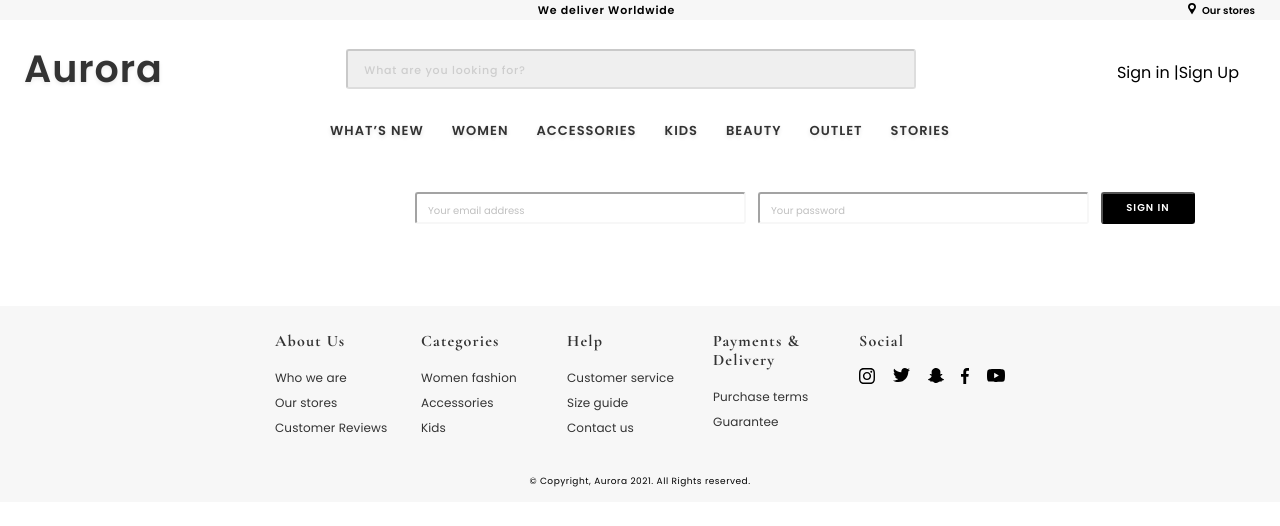
Repository: YuraKrvz/aurora-react-redux-toolkit-firebase
Page: /signIn
These files come from the project's save history. The page is drawn as it stood at one moment and after the next save; the edit follows.
The browser window is 1280 px wide. The pictures show the whole page.
The project was rebuilt for these pictures with package versions that can differ from the ones it lists, and the page was loaded fresh each time. Also part of the build but not shown: src/components/MainSection/MainSection.jsx, src/pages/HomeGuest.jsx, src/pages/HomeUser.jsx, src/pages/SignUp.jsx.

Above is the page before, as saved 2021-11-29 13:39:36.

### public/index.html
<!DOCTYPE html>
<html lang="en">
  <head>
    <meta charset="utf-8" />
    <link rel="icon" href="%PUBLIC_URL%/favicon.ico" />
    <meta name="viewport" content="width=device-width, initial-scale=1" />
    <meta name="theme-color" content="#000000" />
    <meta
      name="description"
      content="Web site created using create-react-app"
    />
    <link rel="apple-touch-icon" href="%PUBLIC_URL%/logo192.png" />
    <link rel="manifest" href="%PUBLIC_URL%/manifest.json" />
    <link rel="preconnect" href="https://fonts.googleapis.com">
    <link rel="preconnect" href="https://fonts.googleapis.com">
    <link rel="preconnect" href="https://fonts.gstatic.com" crossorigin>
    <title>React App</title>
  </head>
  <body>
    <noscript>You need to enable JavaScript to run this app.</noscript>
    <div id="root"></div>
  </body>
</html>

### src/index.css
@import '~normalize.css';
@import url('https://fonts.googleapis.com/css2?family=Poppins:wght@100;200;300;400;500;600;700&display=swap');
@import url('https://fonts.googleapis.com/css2?family=Cormorant+Garamond:wght@300;400;500;600;700&display=swap');

*, ::after, ::before {
  margin: 0;
  padding: 0;
  box-sizing: border-box;
  font-family: var(--text-regular-poppins);
  color: var(--color-very-black);
}
html, body{
  height: 100%;
}

:root{
  --text-regular-poppins: 'Poppins';
  --text-cormorant-garamond: 'Cormorant Garamond';

  --color-black: #333333;
  --color-very-black: #000000;
  --color-white:  #FFFFFF;
  --color-silver: #F7F7F7;

  --src-guest: './insta.svg';
  --src-user: './user.svg';
  --bg-wall: var(--src-guest);
}

### src/components/CustomRouter/CustomRouter.jsx
import { Routes, Route } from 'react-router-dom';
import HomeGuest from '../../pages/HomeGuest';
import HomeUser from '../../pages/HomeUser';
import SignIn from '../../pages/SignIn';
import SignUp from '../../pages/SignUp';
import {useAuthorization} from '../../hooks/useAuthorization';

const CustomRouter = () => {
   const {isAuth} = useAuthorization();

   return (
      <div>
      <Routes>
         {
         isAuth ? (
            <>
               <Route path='/' element={<HomeUser />} />
               <Route path='/signIn' element={<SignIn />} />
               <Route path='/signUp' element={<SignUp />} />
            </>
         ) : (
            <>
               <Route path='/' element={<HomeGuest />} />
               <Route path='/signIn' element={<SignIn />} />
               <Route path='/signUp' element={<SignUp />} />
            </>
         )
         }
      </Routes>
      </div>
   )
}

export default CustomRouter

### src/components/Header/Header.jsx
import React from 'react';
import s from './Header.module.css';
import { NavLink } from 'react-router-dom';
import GlobalSvgSelector from '../../source/GlobalSvgSelector';
import OverHeader from './OverHeader/OverHeader';
import Authorization from '../Authorization/Authorization';

const Header = () => {
   return (
      <>
         <header className={s.header}>
            <OverHeader />
            <div className={s.header_body}>
               <NavLink to='/' className={s.header_title}>Aurora</NavLink>
               <label className={s.input_wrap}>
                  <input className={s.header_searcher} type="text" placeholder="What are you looking for?" />
                  <GlobalSvgSelector className={s.icon} id="fill" color='black' />
               </label>
               <div>
                  <Authorization />
               </div>
            </div>
            <ul className={s.header_list}>
               <li className={s.header_list__item}>what’s new</li>
               <li className={s.header_list__item}>women</li>
               <li className={s.header_list__item}>accessories</li>
               <li className={s.header_list__item}>kids</li>
               <li className={s.header_list__item}>beauty</li>
               <li className={s.header_list__item}>outlet</li>
               <li className={s.header_list__item}>stories</li>
            </ul>
         </header>
      </>
   )
}

export default Header


// HEADER / Aurora
// <h6>{email}</h6>
//    <ul>
//       <li>
//          <NavLink  to='/' >home</NavLink>
//          <NavLink  to='/signIn' >signIn</NavLink>
//          <NavLink  to='/signUp' >signUp</NavLink>
//       </li>
//    </ul>
// </header>

### src/components/Footer/Footer.jsx
import GlobalSvgSelector from '../../source/GlobalSvgSelector';
import s from './Footer.module.css';

function Footer(){
   return (
      <>
         <footer className={s.footer}>
            <div className={s.footer_inner}>
               <div className={s.footer_item}>
                  <h6 className={s.title}>About Us</h6>
                  <ul className={s.list}>
                     <li className={s.text}>Who we are</li>
                     <li className={s.text}>Our stores</li>
                     <li className={s.text}>Customer Reviews</li>
                  </ul>
               </div>
               <div className={s.footer_item}>
                  <h6 className={s.title}>Categories</h6>
                  <ul className={s.list}>
                     <li className={s.text}>Women fashion</li>
                     <li className={s.text}>Accessories</li>
                     <li className={s.text}>Kids</li>
                  </ul>
               </div>
               <div className={s.footer_item}>
                  <h6 className={s.title}>Help</h6>
                  <ul className={s.list}>
                     <li className={s.text}>Customer service</li>
                     <li className={s.text}>Size guide</li>
                     <li className={s.text}>Contact us</li>
                  </ul>
               </div>
               <div className={s.footer_item}>
                  <h6 className={s.title}>Payments & Delivery</h6>
                  <ul className={s.list}>
                     <li className={s.text}>Purchase terms</li>
                     <li className={s.text}>Guarantee</li>
                  </ul>
               </div>
               <div className={s.footer_item}>
                  <h6 className={s.title}>Social</h6>
                  <ul className={s.list}>
                     <li className={s.social_icon}>
                        <a href="#"><GlobalSvgSelector id='instagram' /></a>
                        <a href="#"><GlobalSvgSelector id='twitter' /></a>
                        <a href="#"><GlobalSvgSelector id='snapchat' /></a>
                        <a href="#"><GlobalSvgSelector id='facebook' /></a>
                        <a href="#"><GlobalSvgSelector id='youtube' /></a>
                     </li>
                  </ul>
               </div>
            </div>
            <div className={s.copy_right}>
               <p>© Copyright, Aurora 2021. All Rights reserved.</p>
            </div>
         </footer>
      </>
   )
}

export default Footer

### src/pages/SignIn.jsx
import React, {useRef, useEffect} from 'react';
import s from '../components/MainSection/MainSection.module.css';
import {signIn} from '../firebase';
import {useDispatch} from 'react-redux';
import {setLogin} from '../store/slices/userSlice';

const SignIn = () => {
   const dispatch = useDispatch();
   const emailRef = useRef();
   const passwordRef = useRef();

   async function handler(){
      try{
         await signIn(emailRef.current.value, passwordRef.current.value)
         .then(({user}) => {
            console.log(user);
            dispatch(setLogin({
               email: user.email,
               id: user.uid,
               token: user.accessToken,
            }))
         })
      }
      catch(e){
         console.error(e)
      }
   }


   return (
      <>
         <div className={s.section_register_field}>
            <label className={s.input_wrap}>
               <input className={s.section_register_input} ref={emailRef} type="email" placeholder='Your email address' />
               <input className={s.section_register_input} ref={passwordRef} type="password" placeholder='Your password' />
               <button className={s.section_register_btn} onClick={handler} >Sign In</button>
            </label>
         </div>
      </>
   )
}

export default SignIn;

### src/hooks/useAuthorization.jsx
import {useSelector} from 'react-redux';

export function useAuthorization(){
   const {email, id, token} = useSelector(state => state.user);

   return {
      isAuth: !!email,
      email,
      id,
      token,
   }
}

### src/components/Header/Header.module.css
.header{
   width: 100%;
   height: 160px;
   /* background: linear-gradient(180deg, rgba(51, 51, 51, 0.9) 14.31%, rgba(27, 27, 27, 0.469176) 58.6%, rgba(0, 0, 0, 0.0001) 100%); */
   mix-blend-mode: normal;
   /* opacity: 0.24; */
   /* background: rgba(0, 0, 0, 0.1); */
   /* background-color: black; */
}
.header_body{
   display: flex;
   justify-content: space-between;
   align-items: center;
   padding: 0 24px;
}
.header_title{
   margin: 0;
   font-style: normal;
   font-weight: 600;
   font-size: 38px;
   line-height: 57px;
   letter-spacing: 0.95px;
   color: var(--color-black, --color-white);
   text-shadow: 0px 2px 4px rgba(0, 0, 0, 0.08);
   text-decoration: none;
}
.input_wrap{
   position: relative;
}
.header_searcher{
   background-color: silver;
   border-color: none;
   mix-blend-mode: normal;
   opacity: 0.24;
   border-radius: 3px;
   width: 570px;
   height: 40px;
   color: var(--color-very-black);
}
.icon{
   position: absolute;
   width: 17px;
   height: 17px;
   top: 30%;
   right: 10px;
   /* background-color: var(--color-very-black) */
}
.header_searcher::placeholder {
   padding: 16px;
   height: 17px;
   font-weight: 500;
   font-size: 11px;
   line-height: 16px;
   letter-spacing: 0.8px;
   color: var(--color-black, --color-white);
 }
.header_user{
   font-style: normal;
   font-weight: 600;
   font-size: 11px;
   line-height: 16px;
   text-align: right;
   letter-spacing: 1px;
   color: var(--color-black, --color-white);
}
.header_list{
   list-style: none;
   display: flex;
   justify-content: space-between;
   text-transform: uppercase;
   width: 620px;
   margin: 24px auto;
   padding-bottom: 25px;
}
.header_list__item{
   color: var(--color-black, --color-white);
   font-style: normal;
   font-weight: 600;
   font-size: 13px;
   line-height: 19px;
   text-align: center;
   letter-spacing: 1px;
   text-transform: uppercase;
   text-shadow: 0px 2px 4px rgba(0, 0, 0, 0.12);
   cursor: pointer;
}

### src/components/Header/OverHeader/OverHeader.jsx
import GlobalSvgSelector from "../../../source/GlobalSvgSelector"
import s from './OverHeader.module.css';

const OverHeader = () => {
   return (
      <>
         <div className={s.wrapper}>
            <div />
            <h6 className={s.title}>We deliver Worldwide</h6>
            <div className={s.wrapper_text}>
               <GlobalSvgSelector id="shape" />
               <p className={s.text}>Our stores</p>
            </div>
         </div>
      </>
   )
}

export default OverHeader

### src/components/Authorization/Authorization.jsx
import s from './Authorization.module.css';
import GlobalSvgSelector from '../../source/GlobalSvgSelector';
import { useAuthorization } from '../../hooks/useAuthorization';
import { NavLink } from 'react-router-dom';

const Authorization = () => {
   const {isAuth, email, id} = useAuthorization();

   return (
      <>
         {!isAuth ? (
            <div >
               <NavLink to='/signIn' className={s.header_user}>
                  Sign in
               </NavLink>  |
               <NavLink to='/signUp' className={s.header_user}>
                  Sign Up
               </NavLink>
               <GlobalSvgSelector id="basket" color='black'/>
            </div>
         ) : (
            <div className={s.login_field}>
               <p className={s.login}>Hi, {email}!</p>
               <GlobalSvgSelector id="basket" color='black'/>
               {/*<GlobalSvgSelector id="ball" color='black'/>*/}
            </div>
         )}

      </>
   )
}

export default Authorization

### src/components/Footer/Footer.module.css
.footer{
   background-color: var(--color-silver);
}
.footer_inner{
   display: flex;
   justify-content: center;
   padding-top: 26px;
}
.footer_item{
   width: 146px;
   height: 105px;
   margin-bottom: 38px;
}
.title{
   margin-bottom: 17px;
   font-family: var(--text-cormorant-garamond);
   font-size: 16px;
   line-height: 19px;
   letter-spacing: 1.16364px;
   color: var(--color-black);
}
.list{
   list-style: none;
}
.list li {
   cursor: pointer;
}
.social_icon{
   display: flex;
   justify-content: space-between;
}
.text{
   margin-bottom: 6px;
   font-style: normal;
   font-weight: normal;
   font-size: 12px;
   line-height: 19px;
   letter-spacing: 0.1px;
   color: var(--color-black);
}
.copy_right{
   padding-bottom: 14px;
   font-style: normal;
   font-weight: normal;
   font-size: 9px;
   line-height: 13px;
   text-align: center;
   letter-spacing: 0.5px;
   color: var(--color-black);
}

### src/components/MainSection/MainSection.module.css
.section{

   height: 100vh;
   background-position: center;
   background-size: cover;
   background-repeat: no-repeat;
   display: flex;
   flex-direction: column;
}
.guest{
   background-image: url(./insta.svg);
}
.user{
   background-image: url(./user.svg);
}
.title{
   margin: auto;
   font-style: normal;
   font-weight: bold;
   font-size: 60px;
   line-height: 90px;
   text-align: center;
   color: var(--color-white);
}
.section_register_field{
   /* display: block; */
   margin: 32px auto;
   width: 450px;
   height: 82px;
}
.text{
   margin-bottom: 14px;
   font-style: normal;
   font-weight: normal;
   font-size: 12px;
   line-height: 18px;
   letter-spacing: 0.872727px;
   color: var(--color-black);
}
.input_wrap{
   display: flex;
   align-items: center;
}
.section_register_input{
   padding: 7px 0 7px 11px;
   width: 335px;
   height: 32px;
   margin-right: 12px;
   border-radius: 3px;
   border-color: var(--color-silver);
}
.section_register_input::placeholder{
   color: silver;
   font-size: 10px;
}
.section_register_btn{
   min-width: 94px;
   height: 32px;
   border-radius: 3px;
   /* border: transparent; */
   background-color: var(--color-very-black);
   color: var(--color-white);
   font-style: normal;
   font-weight: 600;
   font-size: 10px;
   line-height: 20px;
   text-align: center;
   letter-spacing: 1px;
   text-transform: uppercase;
   cursor: pointer;
}

### src/components/Header/OverHeader/OverHeader.module.css
.wrapper{
   width: 100%;
   height: 20px;
   display: flex;
   justify-content: space-between;
   align-items: center;
   padding: 4px 25px;
   font-weight: 600;
   background-color: var(--color-silver, --color-white);
   margin-bottom: 20px;
}
.title{
   font-style: normal;
   font-weight: 500;
   font-size: 11px;
   line-height: 16px;
   text-align: center;
   letter-spacing: 0.8px;
   font-weight: 600;
}
.wrapper_text{
   display: flex;
}
.text{
   padding-left: 6px;
   font-family: Poppins;
   font-style: normal;
   font-size: 10px;
   line-height: 15px;
   text-align: right;
   letter-spacing: 0.0833333px;
}

### src/components/Authorization/Authorization.module.css
.login_field{
   display: flex;
   align-items: center;
}
.login{
   margin-right: 17px;
   font-style: normal;
   font-weight: 600;
   font-size: 11px;
   line-height: 16px;
   text-align: right;
   letter-spacing: 1px;
   color: var(--color-very-black);
}
.header_user{
   text-decoration: none;
}

Loaded but not shown: src/firebase.js (22 lines, source omitted); src/App.js (27 lines, source omitted); src/store/slices/userSlice.js (27 lines, source omitted); src/index.js (13 lines, source omitted); src/store/index.js (8 lines, source omitted); src/source/GlobalSvgSelector.jsx (88 lines, source omitted)

After the next save:
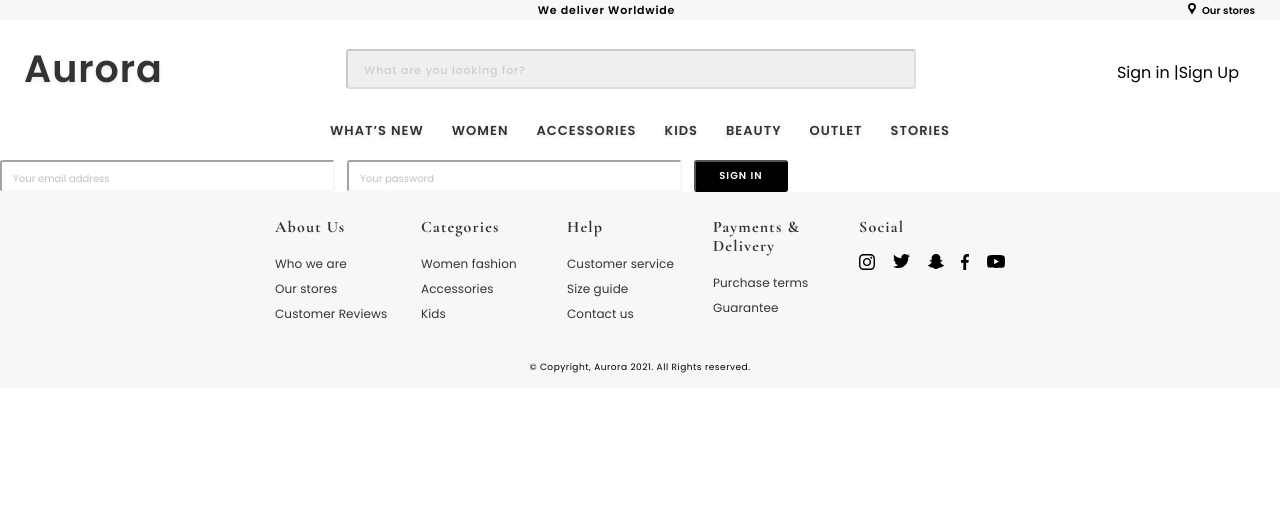
Saved 8 s later.
--- a/src/components/MainSection/MainSection.module.css
+++ b/src/components/MainSection/MainSection.module.css
@@ -24,9 +24,9 @@
 }
 .section_register_field{
    /* display: block; */
-   margin: 32px auto;
-   width: 450px;
-   height: 82px;
+   /* margin: 32px auto; */
+   /* width: 450px; */
+   /* height: 82px; */
 }
 .text{
    margin-bottom: 14px;

After the save that followed:
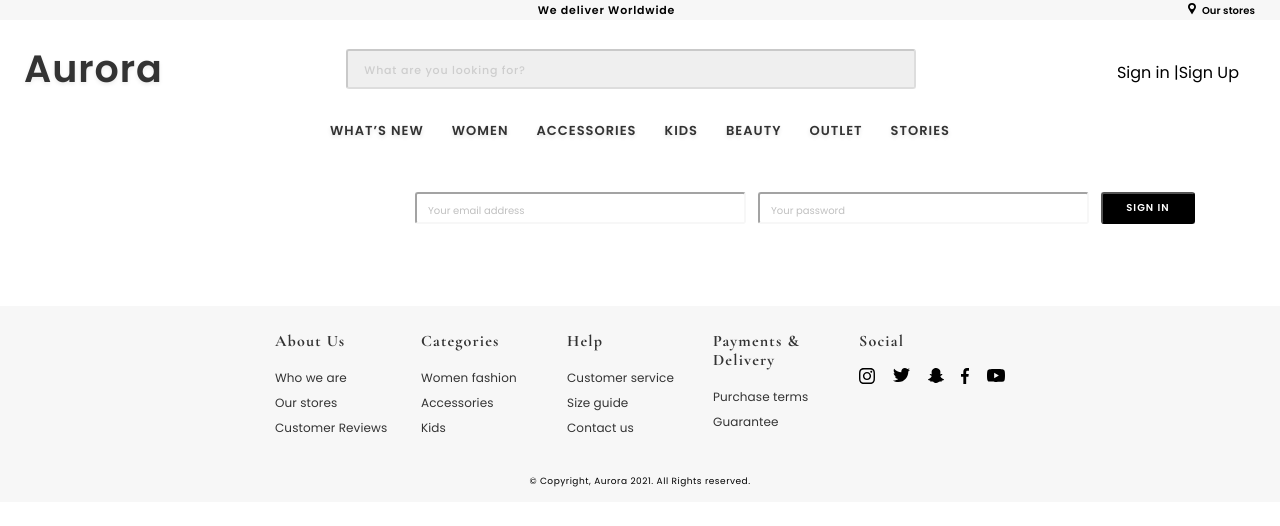
Saved 9 s later.
--- a/src/components/MainSection/MainSection.module.css
+++ b/src/components/MainSection/MainSection.module.css
@@ -23,10 +23,10 @@
    color: var(--color-white);
 }
 .section_register_field{
-   /* display: block; */
-   /* margin: 32px auto; */
-   /* width: 450px; */
-   /* height: 82px; */
+   display: block;
+   margin: 32px auto;
+   width: 450px;
+   height: 82px;
 }
 .text{
    margin-bottom: 14px;
